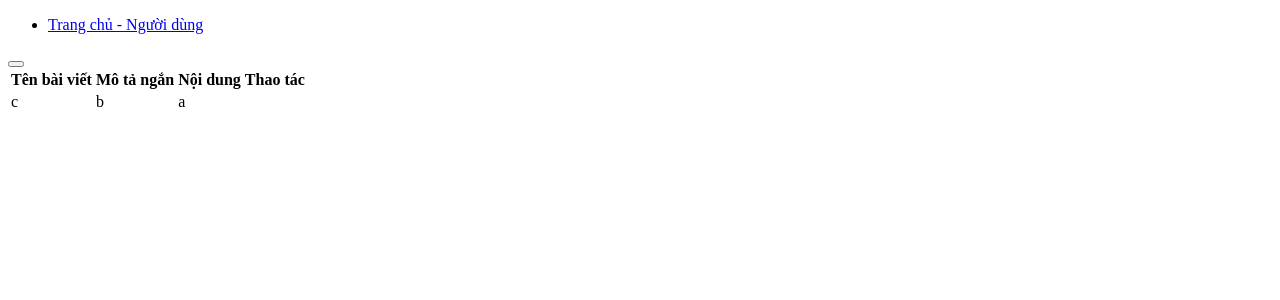
Repository: QuangThuanLion/Project_SpringMVC
Page: http://localhost/springweb-mvc/WEB-INF/views/admin/user/users.jsp
These files come from the project's save history. The page is drawn as it stood at one moment and after the next save; the edit follows.
The browser window is 1280 px wide. The pictures show the whole page.
The page is served by Tomcat 9. Nobody is signed in. Other server files are loaded and not shown. The template is opened directly, without the code that normally fills it, so the values that code supplies are empty.

Above is the page before, as saved 2020-07-05 11:16:57.

### workspace/springweb-mvc/src/main/webapp/WEB-INF/views/admin/user/users.jsp
<%@ page language="java" contentType="text/html; charset=UTF-8"
    pageEncoding="UTF-8"%>
<!DOCTYPE html>
<html>
<head>
<meta charset="UTF-8">
<title>Danh sách- Danh sách người dùng</title>
</head>
<body>

	<div class="main-content">
	<form>
			<div class="main-content-inner">
				<div class="breadcrumbs ace-save-state" id="breadcrumbs">
					<ul class="breadcrumb">
						<li>
							<i class="ace-icon fa fa-home home-icon"></i>
							<a href="#">Trang chủ - Người dùng</a>
						</li>
					</ul><!-- /.breadcrumb -->
				</div>
				<div class="page-content">
					<div class="row">
						<div class="col-xs-12">
							<div class="widget-box table-filter">
									<div class="table-btn-controls">
										<div class="pull-right tableTools-container">
											<div class="dt-buttons btn-overlap btn-group">
												<a flag="info"
												   class="dt-button buttons-colvis btn btn-white btn-primary btn-bold" data-toggle="tooltip"
												   title='Thêm bài viết' href="#">
															<span>
																<i class="fa fa-plus-circle bigger-110 purple"></i>
															</span>
												</a>
												<button id="btnDelete" type="button" onclick="warningBeforeDelete()"
														class="dt-button buttons-html5 btn btn-white btn-primary btn-bold" data-toggle="tooltip" title='Xóa bài viết'>
															<span>
																	<i class="fa fa-trash-o bigger-110 pink"></i>
															</span>
												</button>
											</div>
										</div>
									</div>
								</div>

								<div class="row">
									<div class="col-xs-12">
										<div class="table-responsive">
											<table class="table table-bordered">
												<thead>
													<tr>
														<th>Tên bài viết</th>
														<th>Mô tả ngắn</th>
														<th>Nội dung</th>
														<th>Thao tác</th>
													</tr>
												</thead>
												<tbody>
														<tr>
															<td>c</td>
															<td>b</td>
															<td>a</td>
															<td>
															<a class="btn btn-sm btn-primary btn-edit" data-toggle="tooltip"
																title="Cập nhật bài viết" href="#">
																<i class="fa fa-pencil-square-o" aria-hidden="true"></i>
															</a>
															</td>
														</tr>

												</tbody>
											</table>
										</div>
									</div>
								</div>
							</div>
						</div>
					</div>
				</div>
			</form>
		</div>
<!-- /.main-content -->

</body>
</html>

After the next save:
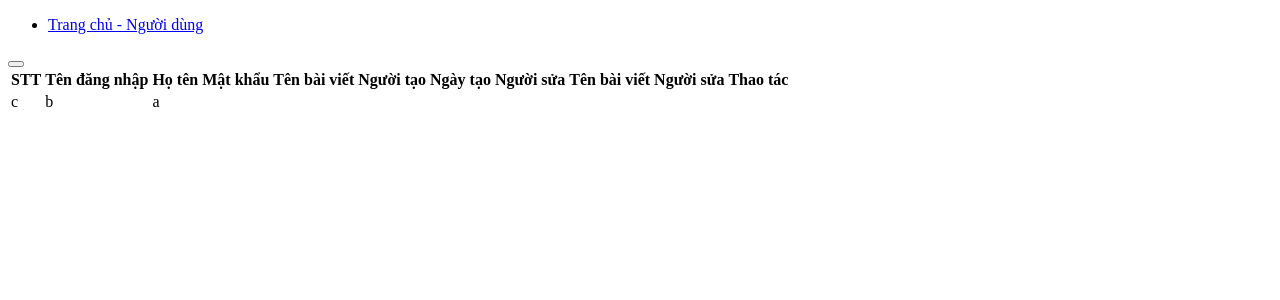
Saved 2 min 43 s later.
--- a/workspace/springweb-mvc/src/main/webapp/WEB-INF/views/admin/user/users.jsp
+++ b/workspace/springweb-mvc/src/main/webapp/WEB-INF/views/admin/user/users.jsp
@@ -50,9 +50,14 @@
 											<table class="table table-bordered">
 												<thead>
 													<tr>
-														<th>Tên bài viết</th>
-														<th>Mô tả ngắn</th>
-														<th>Nội dung</th>
+														<th>STT</th>
+														<th>Tên đăng nhập</th>
+														<th>Họ tên </th>
+														<th>Mật khẩu</th>																											<th>Tên bài viết</th>
+														<th>Người tạo</th>
+														<th>Ngày tạo</th>
+														<th>Người sửa</th>																												<th>Tên bài viết</th>
+														<th>Người sửa</th>
 														<th>Thao tác</th>
 													</tr>
 												</thead>
